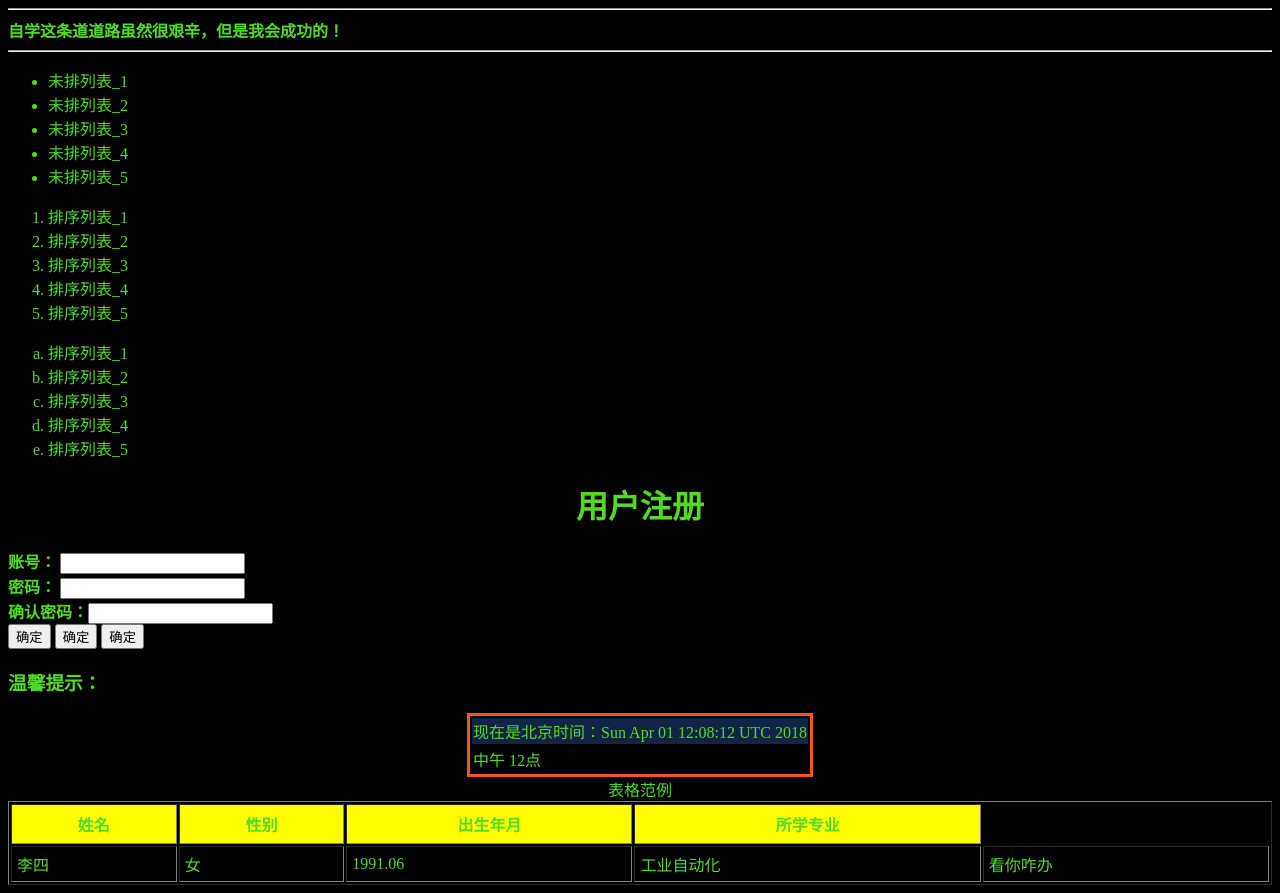
Repository: Coder-YJ/Java
Page: http://localhost/JspTest/test.jsp
These files come from the project's save history. The page is drawn as it stood at one moment and after a run of saves; the edit follows.
The browser window is 1280 px wide. The pictures show the whole page.
The page is served by Tomcat 9. Other server files are loaded and not shown.

Above is the page before, as saved 2018-04-01 13:04:29.

### MyEclipse10/JspTest/WebRoot/test.jsp
<%@ page language="java" import="java.util.*" pageEncoding="UTF-8"%>
<%
	String path = request.getContextPath();
	String basePath = request.getScheme() + "://"
			+ request.getServerName() + ":" + request.getServerPort()
			+ path + "/";
%>
<html>
<head>
<title>我的第一个JSP例子</title>
</head>
<body text="#52DA25" bgcolor="000000">
	<hr>
	<b> 自学这条道道路虽然很艰辛，但是我会成功的！ </b>
	<hr>
	<ul type="disc">
		<li>未排列表_1</li>
		<li>未排列表_2</li>
		<li>未排列表_3</li>
		<li>未排列表_4</li>
		<li>未排列表_5</li>
	</ul>
	<ol>
		<li>排序列表_1</li>
		<li>排序列表_2</li>
		<li>排序列表_3</li>
		<li>排序列表_4</li>
		<li>排序列表_5</li>
	</ol>
	<ol type="a">
		<li>排序列表_1</li>
		<li>排序列表_2</li>
		<li>排序列表_3</li>
		<li>排序列表_4</li>
		<li>排序列表_5</li>
	</ol>
	<h1 align="center">用户注册</h1>
	<form action="Process.jsp" method="post">
		<b>账号：  </b><input type="text" name="id"><br>
		<b>密码：  </b><input type="password" name="password"><br>
		<b>确认密码：</b><input type="password" name="checkPWD"><br>
		<input type="submit" value="确定">
		<input type="submit" value="确定">
		<input type="submit" value="确定">
	</form>
	<table align="center" bordercolor="#F25815">
		<h3>温馨提示：</h3>
		<tr bgcolor="122345">
			<td>
				<%
					//获得当前的时间
					Date today = new Date();
					out.print("现在是北京时间：" + today);
				%>
			</td>
		</tr>
		<tr>
			<td>
				<%
					//获得当前时间中的小时
					int hour = today.getHours();
					if (0 <= hour && hour <= 5) {
						out.print("现在是北京时间凌晨 " + hour + "点");
					} else if (5 < hour && hour <= 10) {
						out.print("早上 " + hour + "点");
					} else if (10 < hour && hour < 13) {
						out.print("中午 " + hour + "点");
					} else if (13 <= hour && hour < 18) {
						out.print("下午 " + hour + "点");
					} else if (18 <= hour && hour < 21) {
						out.print("晚上 " + hour + "点");
					} else if (21 <= hour && hour < 24) {
						out.print("深夜 " + hour + "点");
					}
				%>
			</td>
		</tr>
	</table>

	<table width="100%" border="1" cellspaceing="3" cellpadding="5">
		<caption align="center">表格范例</caption>
		<tr height="40" bgcolor="FFFF00">
			<th>姓名</th>
			<th>性别</th>
			<th>出生年月</th>
			<th>所学专业</th>
		</tr>
		<tr>
			<td>李四</td>
			<td>女</td>
			<td>1991.06</td>
			<td>工业自动化</td>
			<td>看你咋办</td>
		</tr>
	</table>
</body>
</html>

After the next 2 saves:
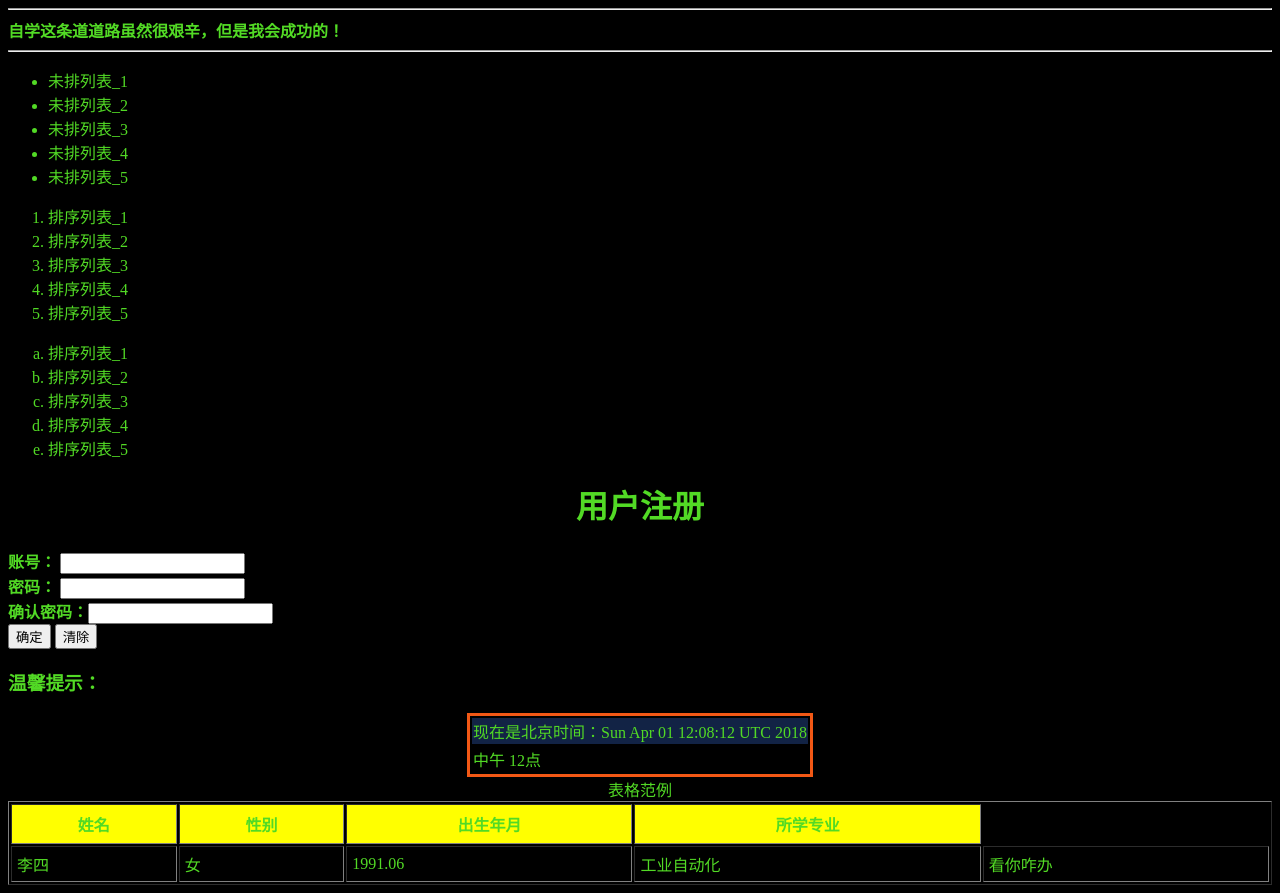
The 2 saves are shown as one change because they came seconds apart.
The last was saved 33 s later.
--- a/MyEclipse10/JspTest/WebRoot/test.jsp
+++ b/MyEclipse10/JspTest/WebRoot/test.jsp
@@ -40,8 +40,7 @@
 		<b>密码：  </b><input type="password" name="password"><br>
 		<b>确认密码：</b><input type="password" name="checkPWD"><br>
 		<input type="submit" value="确定">
-		<input type="submit" value="确定">
-		<input type="submit" value="确定">
+		<input type="reset" value="清除">
 	</form>
 	<table align="center" bordercolor="#F25815">
 		<h3>温馨提示：</h3>
